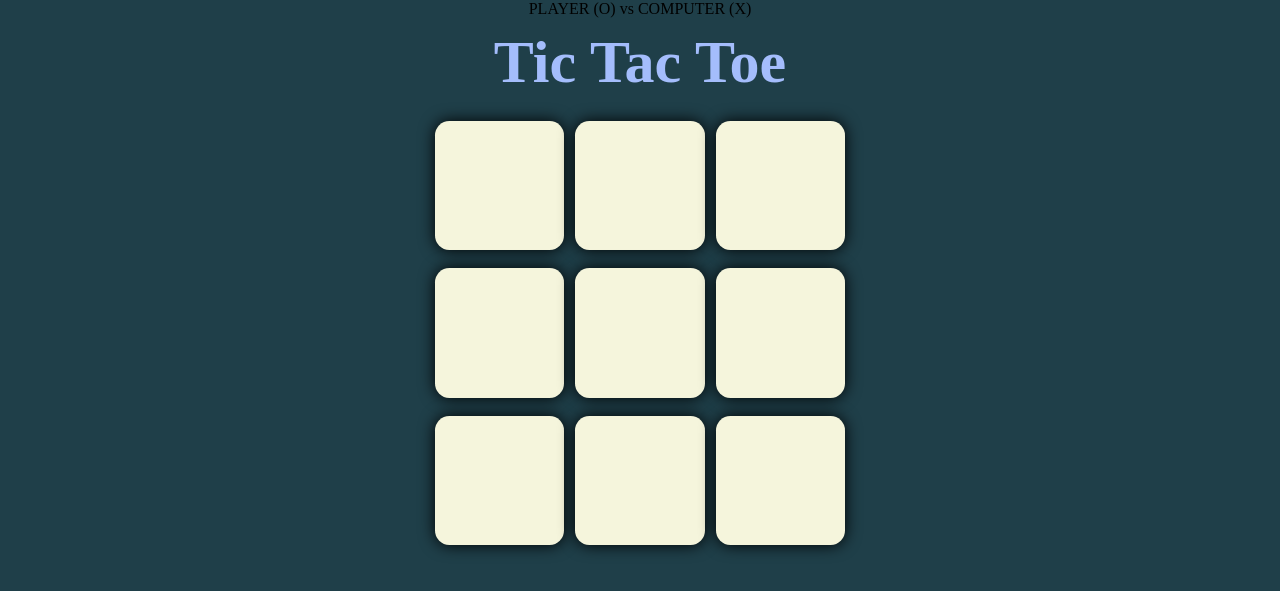
Repository: AreezAnsari/Tic-Tac-Toe
Page: Game/Game.html
The author's editor kept a copy of each file at every save. The page is drawn from the files as they stood at one save, then again after the next save.
The browser window is 1280 px wide. The pictures show the whole page.

Above is the page before, as saved 2025-07-22 07:11:29.
Console error: TypeError: box.addEventListener is not a function

After the next save:
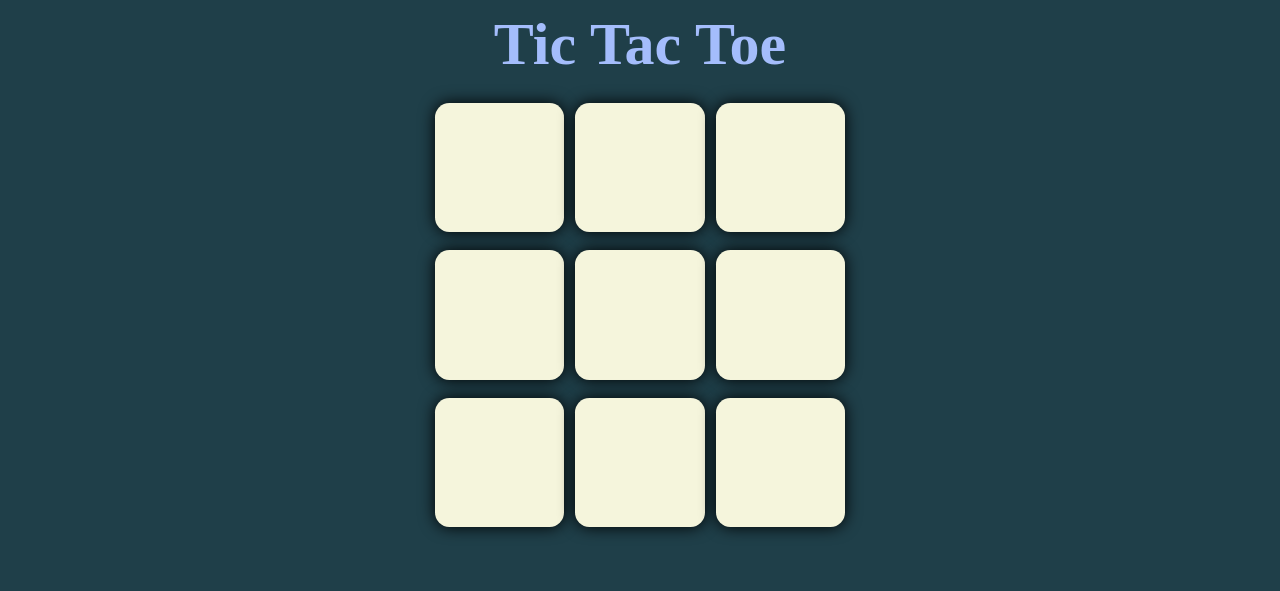
Saved 27 s later.
--- a/Game/Game.html
+++ b/Game/Game.html
@@ -11,12 +11,7 @@
     <div class="msg-container hide">
         <p class="msg">Winner</p>
         <button class="new-btn">New Game</button>
-    </div>
-    <div class="vs-info">
-    <span class="player">PLAYER (O)</span> vs
-    <span class="computer">COMPUTER (X)</span>
-</div>
-    <main>
+    </div>    <main>
         <h1>Tic Tac Toe</h1>
     <div class="container">
         <div class="game">
